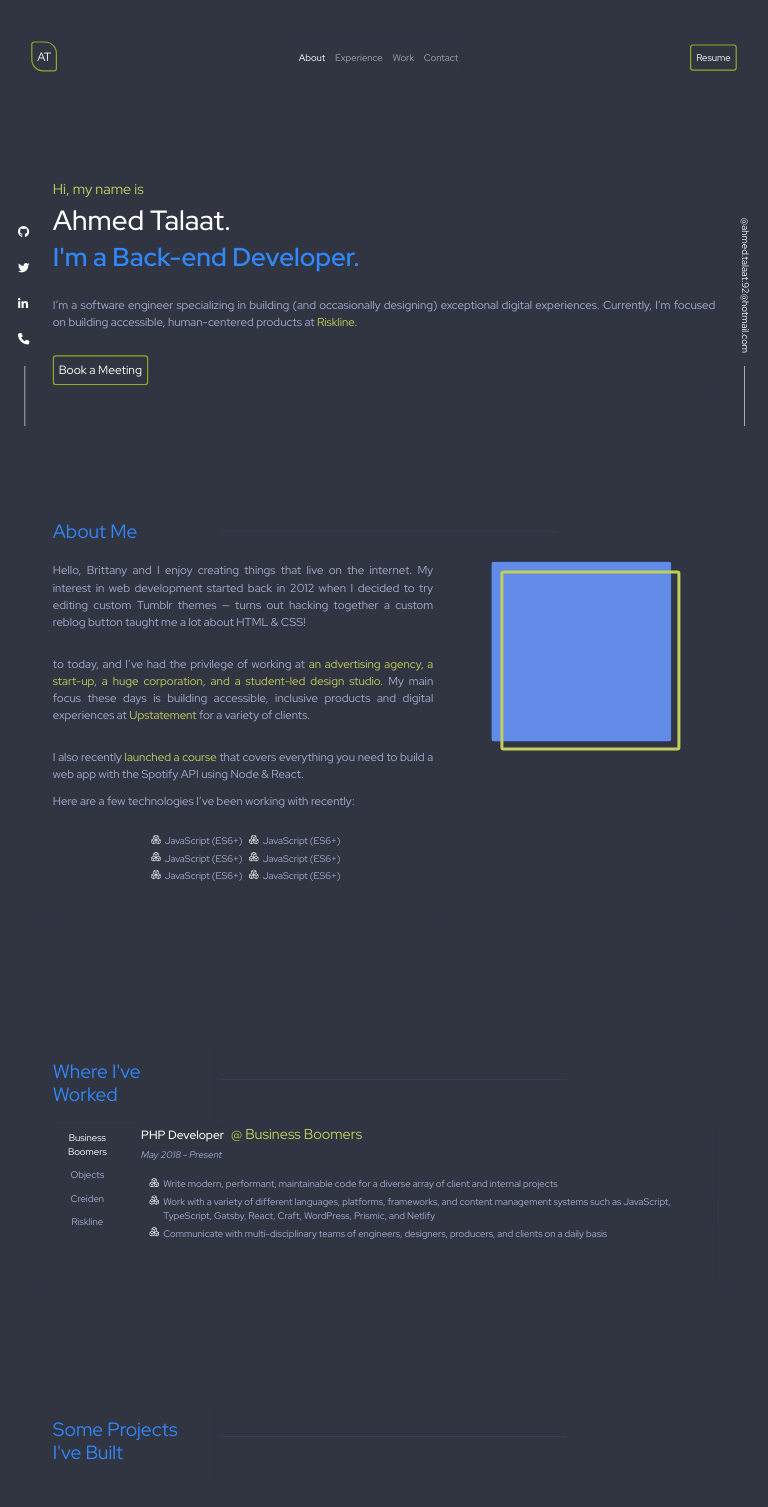
Repository: aya7abbal/Talaat-s-Portfolio
Page: index.html
These files come from the project's save history. The page is drawn as it stood at one moment and after the next save; the edit follows.
The browser window is 1280 px wide. The pictures show the whole page, at 60% of full size.
Pictures or frames that could not be fetched are drawn as grey boxes. Some web libraries are served in a nearby version. The style sheet was rebuilt from its Sass, Less or Tailwind sources for each picture, by a compiler version that may differ from the author's.

Above is the page before, as saved 2022-02-07 14:29:42.

### index.html
<!DOCTYPE html>
<html lang="en">
  <head>
    <!-- Required meta tags -->
    <meta charset="utf-8" />
    <meta name="viewport" content="width=device-width, initial-scale=1" />

    <!-- Bootstrap CSS -->
    <link
      href="https://cdn.jsdelivr.net/npm/bootstrap@5.0.2/dist/css/bootstrap.min.css"
      rel="stylesheet"
      integrity="sha384-EVSTQN3/azprG1Anm3QDgpJLIm9Nao0Yz1ztcQTwFspd3yD65VohhpuuCOmLASjC"
      crossorigin="anonymous"
    />

    <!-- Favicon -->
    <link
      rel="shortcut icon"
      type="image/x-icon"
      href="./images/favicon/favicon.ico"
    />

    <!-- Font Awesome -->
    <script
      src="https://kit.fontawesome.com/fd7fa2f891.js"
      crossorigin="anonymous"
    ></script>

    <!-- Bootstrap Icons -->
    <link
      rel="stylesheet"
      href="https://cdn.jsdelivr.net/npm/bootstrap-icons@1.8.0/font/bootstrap-icons.css"
    />

    <!-- Main Stylesheet -->
    <link rel="stylesheet" href="./styles/styles.css" />

    <title>Ahmed's Portfolio</title>
  </head>
  <body>
    <!-- Navbar -->
    <nav class="navbar navbar-expand-md navbar-dark py-3">
      <div class="container-fluid d-flex justify-content-between">
        <div class="navbar-logo">
          <a class="navbar-brand navbar-border navbar-content__hidden" href="#"
            >AT</a
          >
        </div>

        <!-- Offcanvas  Hidden MENU -->
        <div class="offcanvas-menu">
          <button
            class="btn navbar-content__hidden rotating-icon"
            type="button"
            data-bs-toggle="offcanvas"
            data-bs-target="#offcanvasRight"
            aria-controls="offcanvasRight"
          >
            <i class="bi bi-x-diamond fs-2 text-white"></i>
          </button>
          <div
            class="offcanvas offcanvas-end"
            tabindex="-1"
            id="offcanvasRight"
            aria-labelledby="offcanvasRightLabel"
          >
            <div class="offcanvas-header">
              <h5 id="offcanvasRightLabel"></h5>
              <button
                type="button"
                class="btn text-reset"
                data-bs-dismiss="offcanvas"
                aria-label="Close"
              >
                <i class="bi bi-x-diamond fs-2 text-white rotated-icon"></i>
              </button>
            </div>
            <div class="offcanvas-body">
              <ul class="navbar-nav text-center">
                <li class="nav-item">
                  <a class="nav-link active" aria-current="page" href="#"
                    >About</a
                  >
                </li>
                <li class="nav-item">
                  <a class="nav-link" href="#">Experience</a>
                </li>
                <li class="nav-item">
                  <a class="nav-link" href="#">Work</a>
                </li>
                <li class="nav-item">
                  <a class="nav-link" href="#">Contact</a>
                </li>
                <li>
                  <a
                    class="btn btn-green my-4"
                    href="./Ahmed Talaat.pdf"
                    download
                  >
                    Resume</a
                  >
                </li>
              </ul>
            </div>
          </div>
        </div>

        <!-- NAVBAR Collapsable -->
        <div
          class="collapse navbar-collapse justify-content-between align-items-baseline"
          id="navbarNav"
        >
          <a class="navbar-brand navbar-border" href="#">AT</a>

          <ul class="navbar-nav">
            <li class="nav-item">
              <a class="nav-link active" aria-current="page" href="#">About</a>
            </li>
            <li class="nav-item">
              <a class="nav-link" href="#">Experience</a>
            </li>
            <li class="nav-item">
              <a class="nav-link" href="#">Work</a>
            </li>
            <li class="nav-item">
              <a class="nav-link" href="#">Contact</a>
            </li>
          </ul>

          <a
            class="btn btn-green"
            href="./Ahmed Talaat.pdf"
            download
          >Resume</a >
        </div>
      </div>
    </nav>
    <div class="body-wrapper">
      <!-- Introduction -->
      <div class="intro px-5">
        <h6>Hi, my name is</h6>

        <br />

        <h2>Ahmed Talaat.</h2>
        <h3 class="pb-2">I'm a Back-end Developer.</h3>

        <br />

        <p>
          I’m a software engineer specializing in building (and occasionally
          designing) exceptional digital experiences. Currently, I’m focused on
          building accessible, human-centered products at
          <a href="#">Riskline.</a>
        </p>

        <br />

        <a class=" btn btn-green btn-lg" href="https://calendly.com/atalaat-92/short-discussion?month=2022-02"> Book a Meeting</a>
      </div>

      <!-- About -->

      <div class="about px-5 row">
        <div class="section-header row">
          <div class="col-md-4 col-lg-3 col-5">
            <h4 class="py-4">About Me</h4>
          </div>
          <div class="col-md-8 col-lg-9 col-7">
            <hr />
          </div>
        </div>

        <!-- About Paragraph -->
        <div class="col-12 col-lg-7">
          <p>
            Hello, Brittany and I enjoy creating things that live on the
            internet. My interest in web development started back in 2012 when I
            decided to try editing custom Tumblr themes — turns out hacking
            together a custom reblog button taught me a lot about HTML & CSS!
          </p>
          <br />

          <p>
            to today, and I’ve had the privilege of working at
            <a href=""
              >an advertising agency, a start-up, a huge corporation, and a
              student-led design studio.</a
            >
            My main focus these days is building accessible, inclusive products
            and digital experiences at <a href="">Upstatement</a> for a variety
            of clients.
          </p>

          <br />
          <p>
            I also recently <a href="">launched a course</a> that covers
            everything you need to build a web app with the Spotify API using
            Node & React.
          </p>

          <p>Here are a few technologies I’ve been working with recently:</p>

          <div class="iconed-list d-flex justify-content-center">
            <ul class="row">
              <div class="col-6">
                <li>JavaScript (ES6+)</li>
                <li>JavaScript (ES6+)</li>
                <li>JavaScript (ES6+)</li>
              </div>

              <div class="col-6">
                <li>JavaScript (ES6+)</li>
                <li>JavaScript (ES6+)</li>
                <li>JavaScript (ES6+)</li>
              </div>
            </ul>
          </div>
        </div>

        <div class="col-12 col-lg-5 d-flex justify-content-center pb-5">
          <!-- About Image -->
          <div class="about-img">
           <div> <img
            src="https://brittanychiang.com/static/30a645f7db6038f83287d0c6042d3b2b/f9526/me.avif"
            alt=""
            width="300px"
            height="300px"
          /></div>
            <div class="about-img__border"></div>
          </div>
        </div>
      </div>

      <!-- Work -->

      <div class="work px-5">
        <div class="section-header row">
          <div class="col-md-4 col-lg-3 col-7">
            <h4 class="py-4">Where I've Worked</h4>
          </div>
          <div class="col-md-8 col-lg-9 col-5">
            <hr />
          </div>
        </div>
        <div>
          <!-- Nav tabs -->
          <div class="d-flex flex-md-row flex-column align-items-start">
            <div
              class="nav flex-md-column nav-pills me-3 mb-4 pe-md-3 nav-tabs"
              id="v-pills-tab"
              role="tablist"
              aria-orientation="vertical"
            >
              <button
                class="nav-link active"
                id="v-pills-home-tab"
                data-bs-toggle="pill"
                data-bs-target="#v-pills-home"
                type="button"
                role="tab"
                aria-controls="v-pills-home"
                aria-selected="true"
              >
                Business Boomers
              </button>
              <button
                class="nav-link"
                id="v-pills-profile-tab"
                data-bs-toggle="pill"
                data-bs-target="#v-pills-profile"
                type="button"
                role="tab"
                aria-controls="v-pills-profile"
                aria-selected="false"
              >
                Objects
              </button>
              <button
                class="nav-link"
                id="v-pills-messages-tab"
                data-bs-toggle="pill"
                data-bs-target="#v-pills-messages"
                type="button"
                role="tab"
                aria-controls="v-pills-messages"
                aria-selected="false"
              >
                Creiden
              </button>
              <button
                class="nav-link"
                id="v-pills-settings-tab"
                data-bs-toggle="pill"
                data-bs-target="#v-pills-settings"
                type="button"
                role="tab"
                aria-controls="v-pills-settings"
                aria-selected="false"
              >
                Riskline
              </button>
            </div>
            <div class="tab-content" id="v-pills-tabContent">
              <div
                class="tab-pane fade show active"
                id="v-pills-home"
                role="tabpanel"
                aria-labelledby="v-pills-home-tab"
              >
                <div class="work-title">
                  <h5 class="pe-2">PHP Developer</h5>
                  <h6>@ Business Boomers</h6>
                </div>
                <div class="work-date">
                  <i>May 2018 - Present </i>

                  <ul class="iconed-list">
                    <li>
                      Write modern, performant, maintainable code for a diverse
                      array of client and internal projects
                    </li>
                    <li>
                      Work with a variety of different languages, platforms,
                      frameworks, and content management systems such as
                      JavaScript, TypeScript, Gatsby, React, Craft, WordPress,
                      Prismic, and Netlify
                    </li>
                    <li>
                      Communicate with multi-disciplinary teams of engineers,
                      designers, producers, and clients on a daily basis
                    </li>
                  </ul>
                </div>
              </div>

              <div
                class="tab-pane fade"
                id="v-pills-profile"
                role="tabpanel"
                aria-labelledby="v-pills-profile-tab"
              >
                <div class="work-title">
                  <h5 class="pe-2">Back-end Developer</h5>
                  <h6>@ Objects</h6>
                </div>
                <div class="work-date">
                  <i>May 2018 - Present </i>

                  <ul class="iconed-list">
                    <li>
                      Write modern, performant, maintainable code for a diverse
                      array of client and internal projects
                    </li>
                    <li>
                      Work with a variety of different languages, platforms,
                      frameworks, and content management systems such as
                      JavaScript, TypeScript, Gatsby, React, Craft, WordPress,
                      Prismic, and Netlify
                    </li>
                    <li>
                      Communicate with multi-disciplinary teams of engineers,
                      designers, producers, and clients on a daily basis
                    </li>
                  </ul>
                </div>
              </div>

              <div
                class="tab-pane fade"
                id="v-pills-messages"
                role="tabpanel"
                aria-labelledby="v-pills-messages-tab"
              >
                <div class="work-title">
                  <h5 class="pe-2">Back-end Developer</h5>
                  <h6>@ Creiden</h6>
                </div>
                <div class="work-date">
                  <i>May 2018 - Present </i>

                  <ul class="iconed-list">
                    <li>
                      Write modern, performant, maintainable code for a diverse
                      array of client and internal projects
                    </li>
                    <li>
                      Work with a variety of different languages, platforms,
                      frameworks, and content management systems such as
                      JavaScript, TypeScript, Gatsby, React, Craft, WordPress,
                      Prismic, and Netlify
                    </li>
                    <li>
                      Communicate with multi-disciplinary teams of engineers,
                      designers, producers, and clients on a daily basis
                    </li>
                  </ul>
                </div>
              </div>

              <div
                class="tab-pane fade"
                id="v-pills-settings"
                role="tabpanel"
                aria-labelledby="v-pills-settings-tab"
              >
                <div class="work-title">
                  <h5 class="pe-2">Project Manager</h5>
                  <h6>@ Riskline</h6>
                </div>
                <div class="work-date">
                  <i>May 2018 - Present </i>

                  <ul class="iconed-list">
                    <li>
                      Write modern, performant, maintainable code for a diverse
                      array of client and internal projects
                    </li>
                    <li>
                      Work with a variety of different languages, platforms,
                      frameworks, and content management systems such as
                      JavaScript, TypeScript, Gatsby, React, Craft, WordPress,
                      Prismic, and Netlify
                    </li>
                    <li>
                      Communicate with multi-disciplinary teams of engineers,
                      designers, producers, and clients on a daily basis
                    </li>
                  </ul>
                </div>
              </div>
            </div>
          </div>
        </div>
      </div>

      <div class="projects px-5">
        <div class="section-header row">
          <div class="col-md-4 col-lg-3 col-7">
            <h4 class="py-4">Some Projects I've Built</h4>
          </div>
          <div class="col-md-8 col-lg-9 col-5">
            <hr />
          </div>
        </div>
      </div>
    </div>

    <footer>
      <div class="footer-left">
        <div class="footer-left__link">
          <i class="fab fa-github"><a href="#"></a></i>
        </div>
        <div class="footer-left__link">
          <i class="fab fa-twitter"><a href=""></a></i>
        </div>
        <div class="footer-left__link">
          <i class="fab fa-linkedin-in"><a href=""></a></i>
        </div>
        <div class="footer-left__link">
          <i class="fas fa-phone"><a href=""></a></i>
        </div>
        <div class="footer-left__link line"></div>
      </div>



      <div class="footer-right">
        <div class="footer-right__link">
          <a href="">@ahmed.talaat.92@hotmail.com</a>

        <div class="footer-right__link line"></div>
      </div>
    </footer>

    <!-- Bootstrap Bundle with Popper -->
    <script
      src="https://cdn.jsdelivr.net/npm/bootstrap@5.0.2/dist/js/bootstrap.bundle.min.js"
      integrity="sha384-MrcW6ZMFYlzcLA8Nl+NtUVF0sA7MsXsP1UyJoMp4YLEuNSfAP+JcXn/tWtIaxVXM"
      crossorigin="anonymous"
    ></script>
    <script type="module" src="./scripts/script.js"></script>
  </body>
</html>

### scripts/script.js
// const rotatingIcon = document.querySelector(".rotating-icon")
// const rotatedIcon = document.querySelector(".rotated-icon")


// rotatingIcon.addEventListener('click',function(event) {
// console.log(event)
//     rotatingIcon.style.display="hidden"
// })

### styles/styles.scss

// Fonts
@import url('https://fonts.googleapis.com/css2?family=Dosis:wght@200;300;400;500;600&family=Red+Hat+Display:ital,wght@0,300;0,400;0,500;0,600;0,700;0,900;1,300;1,400;1,500;1,600&family=Satisfy&display=swap');
// Partials
@import "./components/navbar";
@import"./components/footer";
@import "./variables/colors";
@import "./components/buttons";
@import "./variables/fonts";
@import "./components/pages";
@import "./variables/images";




// font-family: 'Dosis', sans-serif;
// font-family: 'Red Hat Display', sans-serif;
// font-family: 'Satisfy', cursive;

*{
font-family: 'Red Hat Display', sans-serif;
background-color: var(--navy);

}

body{
    margin: 0%;
    overflow-x: hidden;
    background-color: var(--navy);

    @media (min-width:768px) {
        padding: 40px;
    }
}

### styles/components/_navbar.scss
.navbar-content__hidden{
    display: none;
    @media (max-width:768px) {
        display: inline-block;
    }
}

.navbar-brand{
    border: solid 2px var(--green);
    border-radius: 5px 20px;
    padding: 8px;

    &:hover{
        background-color: var(--green);
    }
}

### styles/components/_footer.scss
footer {

    @media (max-width:768px) {
display: none;
    }

  .footer-left {
    position: fixed;
    bottom: 10px;
    left: 20px;
    i {
      font-size: 1.2em;
      color: white;
      margin: 20px 10px;
      &:hover{
          color: greenyellow;
          transform: translateY(-3px);
      }
    }

    .line {
      border-right: 1px solid white;
      padding: 20px;
      height: 100px;
      background-color: transparent;
      transform: translatex(-19px);
      margin-top: 15px;
    }
  }


  .footer-right {
    position: fixed;
    bottom: 10px;
    right: 20px;
    i{
      font-size: 1.2em;
      color: white;
      margin: 15px 10px;
      &:hover{
          color: greenyellow;
          transform: translateY(-3px);
      }


    }

    a{
        writing-mode: vertical-rl;
        transform: translatex(10px);
        color: white;
        font-size: 1em;
        &:hover{
            color: greenyellow;
            text-decoration: none;
        }
    }

    .line {
      border-right: 1px solid white;
      padding: 20px;
      height: 100px;
      background-color: transparent;
      transform: translatex(-19px);
      margin-top: 15px;
    }
  }
}

### styles/variables/_colors.scss
:root{
    --navy:#313441;
    --lgreen:#c1ce5e;
    --grey:#A4A6BF;
    --bblue:hsl(220, 47%, 62%);
    --green:#97A629;
    --lgreeno:#c1ce5e11;
    --lgrey:#bbc1dd;
    --mdgrey:#a4acd1;
    --blue:#3188fa;

}

### styles/components/_buttons.scss
.btn-green {
  border: 2px solid var(--green);
  padding: 8px;
  color:white;
  border-radius: 5px;

  &:hover {
    color: rgb(197, 197, 197);
    background-color: var(--lgreeno);
  }
}

.btn-blue{
    border: 2px solid var(--blue);
    padding: 8px;
    color:white;
    border-radius: 5px;

    &:hover {
      color: rgb(197, 197, 197);
      background-color: var(--bblue);
    }
}

.rotating-icon, .rotated-icon {
  transform: rotate(45deg) !important;
  z-index: 100;

  &:hover {
    transform: rotate(90deg) !important;
    transition: 0.6s;


  }
  &:active &:focus {
    transform: rotate(90deg) !important;
  }
}

### styles/variables/_fonts.scss



h2 {
  color: white;
  font-size: 2.3em;

  @media (min-width: 768px) {
    font-size: 2.9em;
  }
}

h3 {
  color: var(--blue);
  font-weight: 600;
  font-size: 2.2em;

  @media (min-width: 768px) {
    font-size: 2.7em;
  }
}

h4 {
  color: var(--blue);
  font-weight: 400;
  font-size: 1.5em;
  background-color: var(--navy);

  @media (min-width: 768px) {
    font-size: 2em;
  }
}

h5{
  color: white;
  display: inline-block;
}

h6 {
  font-size: 1.2em;
  color: var(--lgreen);
  font-weight: 400;
  display: inline-block;

  @media (min-width: 768px) {
    font-size: 1.5em;
  }
}

a {
  color: var(--lgreen);
  text-decoration: none;

  &:hover {
    color: var(--green);

    text-decoration: underline;
  }
}

ul{

    padding-top:20px;
    padding-bottom: 50px;
}
.iconed-list li{
    list-style-image:url(../../svg/list.svg);
    color: var(--mdgrey);

    padding:10px 10px 0px 10px;
    margin: 5px;
    width: fit-content;
    padding: 0%;
}

p {
  font-size: 1.2em;
  color: var(--mdgrey);
  font-weight: 400;
  text-align: justify;

  @media (min-width: 768px) {
    font-size: 1.2em;
  }
}

i{
  color: var(--mdgrey);
}

.nav-tabs .nav-link{

  color: var(--mdgrey);
  background-color: transparent !important;
  // text-decoration: underline;
  text-decoration-color: var(--mdgrey);

  &:focus{
    background-color: transparent !important;
    color: var(--lgreen);
    border-bottom-color: var(--lgreen);

  }

  &:active{
    background-color: transparent !important;
    color: var(--lgreen);


  }



}

### styles/components/_pages.scss

// INTRODUCTION
.intro{
    padding-top: 120px;
}

// ABOUT


.section-header{
    padding-top:200px ;
    hr{
        position: relative;
        top:30%;
        color: var(--blue);
        width: 70%;
    }
}

#v-pills-tab{
    border: none;
}

### styles/variables/_images.scss
.about-img {
  height: fit-content;
  position: relative;
  display: flex;
  flex-direction: column;
  justify-content: center;


  img {
    filter: invert(25%) sepia(77%) saturate(2565%) hue-rotate(200deg)
      brightness(103%) contrast(96%) opacity(90%);
    border-radius: 5px;
  }
  &:hover {
    img {
      filter: none;
    }
    .about-img__border{
        transform: translate(0px, 0px);
        transition: .1s;


    }
  }

  .about-img__border {
    position: absolute;
    border: 5px solid var(--lgreen);
    border-radius: 5px;
    width: 300px;
    height: 300px;
    transform: translate(15px, 15px);
    background-color: transparent;
  }
}

After the next save:
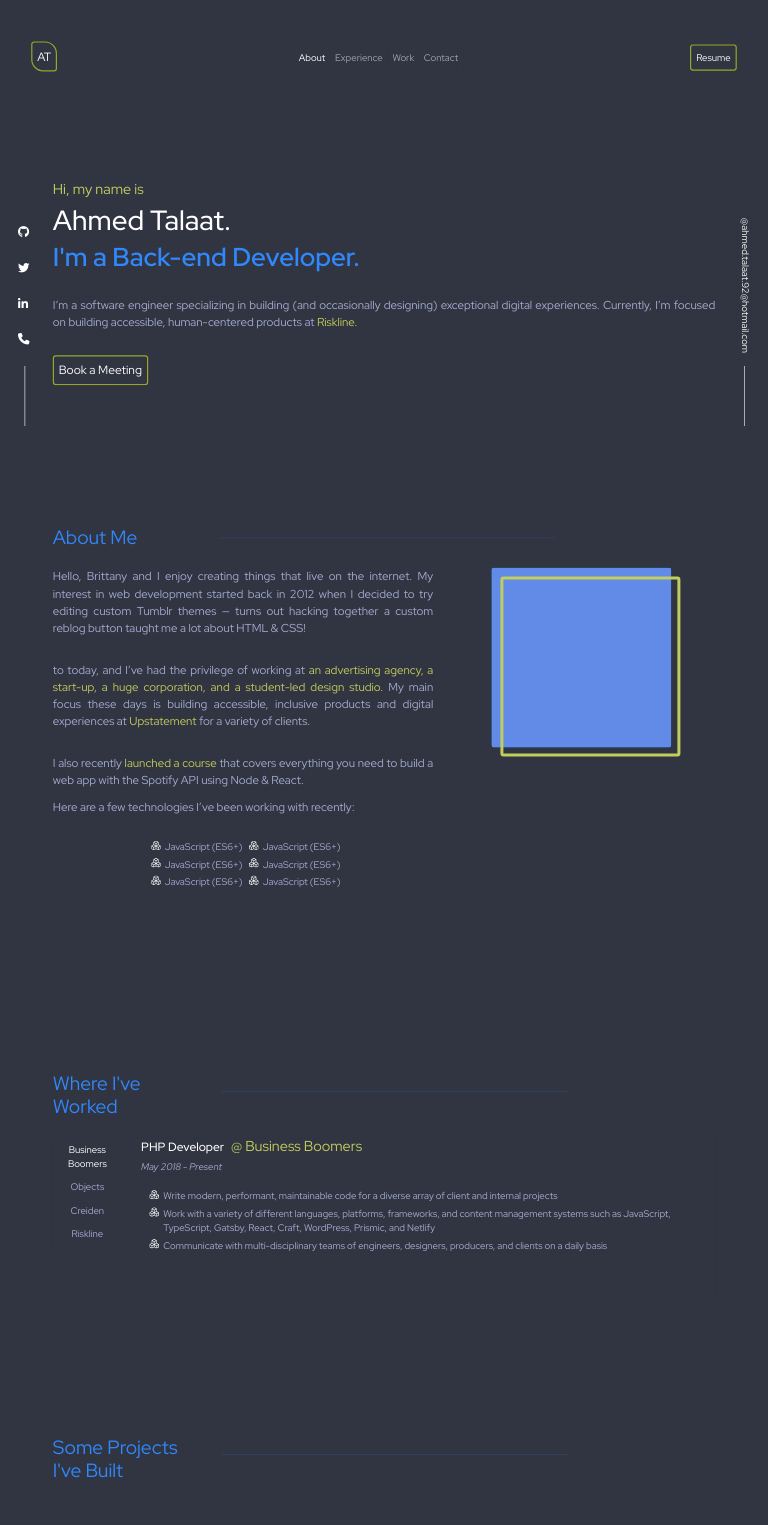
Saved 5 s later.
--- a/styles/components/_pages.scss
+++ b/styles/components/_pages.scss
@@ -8,7 +8,7 @@
 
 
 .section-header{
-    padding-top:200px ;
+    padding-top:210px ;
     hr{
         position: relative;
         top:30%;
